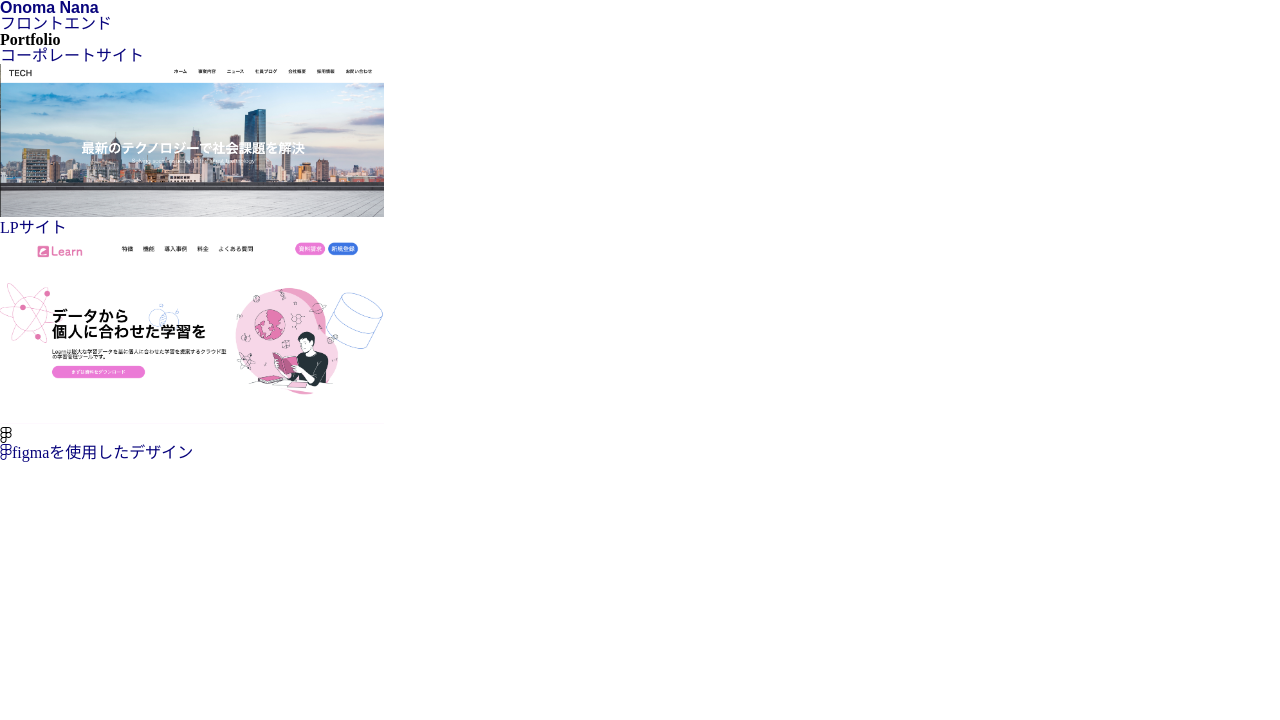
Repository: oninopantsu/onomann
Page: index.html
The author's editor kept a copy of each file at every save. The page is drawn from the files as they stood at one save, then again after the next save.
The browser window is 1280 px wide. The pictures show the whole page.

Above is the page before, as saved 2021-08-17 05:55:50.

### index.html
<!DOCTYPE html>
<html lang="ja">
  <head>
    <meta charset="utf-8">
    <link rel="stylesheet" href="styles.css">

    <link rel="stylesheet" href="css/reset.css">
    <link href="https://use.fontawesome.com/releases/v5.15.1/css/all.css" rel="stylesheet">
  <link rel="preconnect" href="https://fonts.googleapis.com">
    <title>onoma nanaのポートフォリオサイト</title>
  </head>
  <body>
    <h1>Onoma Nana</h1>
    <p>フロントエンド</p>

    <h2>Portfolio</h2>

    <div class="cardflex">
      <div class="card-items">
        <div class="corporate">
          <p>コーポレートサイト</p>
          <img src="img/コーポレート.png" alt="コーポレートサイト">
        </div>
      </div>
      <div class="card-items">
        <div class="lp">
          <p>LPサイト</p>
          <img src="img/LP.png" alt="LPサイト">
        </div>
      </div>

      <div class="card-items">

        <div class="figma">
          <i class="fab fa-figma"></i>
          <p> <i class="fab fa-figma"></i>figmaを使用したデザイン</p>
      </div>

      </div>
    </div>
  </body>
</html>

### styles.css
body{
  background-color: #efb6c3;
  width: 100%;
}


h1 {
  font-size: 32px;
  font-family: 'Teko', sans-serif;
  color: #08047c;
 border-bottom: 3px solid burlywood;
  padding-bottom: 10px;
}

p {
  font-size: 12px;
  color: #08047c;
}
.cardflex {
  width: 100%;
  display: flex;
  display: inline-block;
}
.card-items {
  display: flex;
}
img {
  width: 30%;
}

### css/reset.css
html, body, div, span, object, iframe,
h1, h2, h3, h4, h5, h6, p, blockquote, pre,
abbr, address, cite, code,
del, dfn, em, img, ins, kbd, q, samp,
small, strong, sub, sup, var,
b, i,
dl, dt, dd, ol, ul, li,
fieldset, form, label, legend,
table, caption, tbody, tfoot, thead, tr, th, td,
article, aside, canvas, details, figcaption, figure,
footer, header, hgroup, menu, nav, section, summary,
time, mark, audio, video {
    margin:0;
    padding:0;
    border:0;
    outline:0;
    font-size:100%;
    vertical-align:baseline;
    background:transparent;
}

body {
    line-height:1;
}

article,aside,details,figcaption,figure,
footer,header,hgroup,menu,nav,section {
    display:block;
}

nav ul {
    list-style:none;
}

blockquote, q {
    quotes:none;
}

blockquote:before, blockquote:after,
q:before, q:after {
    content:'';
    content:none;
}

a {
    margin:0;
    padding:0;
    font-size:100%;
    vertical-align:baseline;
    background:transparent;
}

/* change colours to suit your needs */
ins {
    background-color:#ff9;
    color:#000;
    text-decoration:none;
}

/* change colours to suit your needs */
mark {
    background-color:#ff9;
    color:#000;
    font-style:italic;
    font-weight:bold;
}

del {
    text-decoration: line-through;
}

abbr[title], dfn[title] {
    border-bottom:1px dotted;
    cursor:help;
}

table {
    border-collapse:collapse;
    border-spacing:0;
}

/* change border colour to suit your needs */
hr {
    display:block;
    height:1px;
    border:0;
    border-top:1px solid #cccccc;
    margin:1em 0;
    padding:0;
}

input, select {
    vertical-align:middle;
}

After the next save:
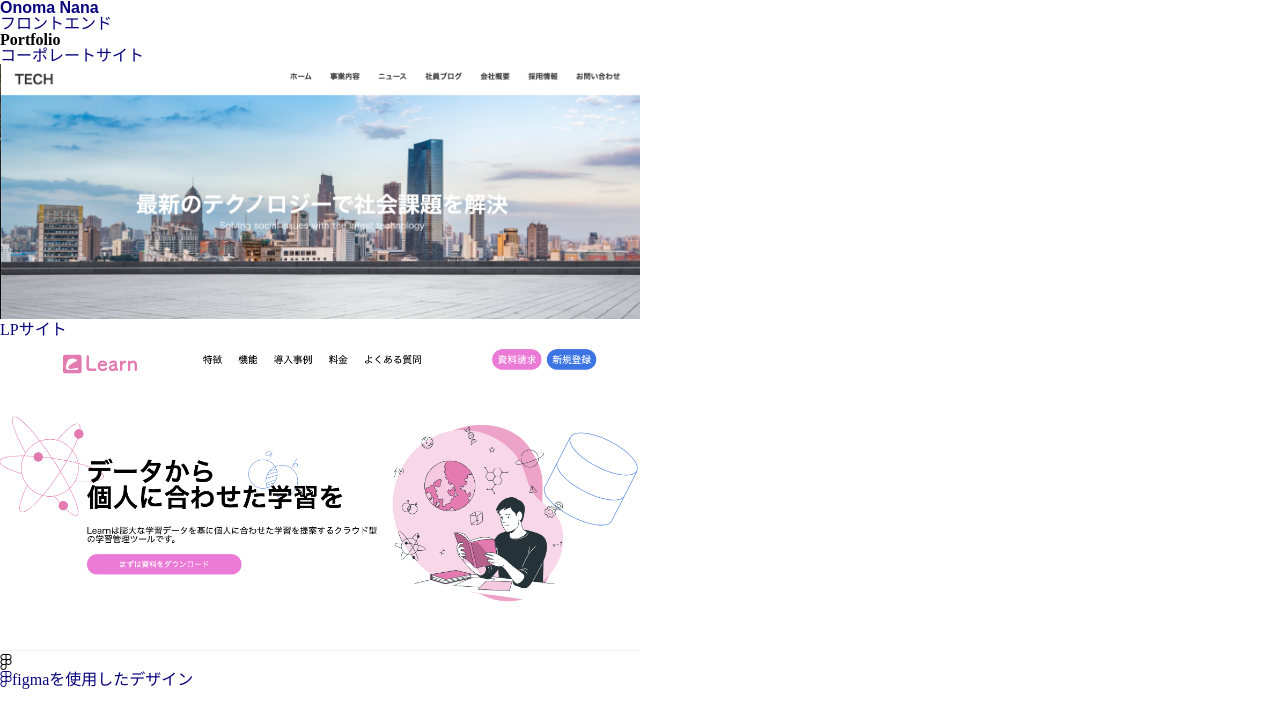
Saved 5 s later.
--- a/styles.css
+++ b/styles.css
@@ -25,5 +25,5 @@ p {
   display: flex;
 }
 img {
-  width: 30%;
+  width: 50%;
 }
